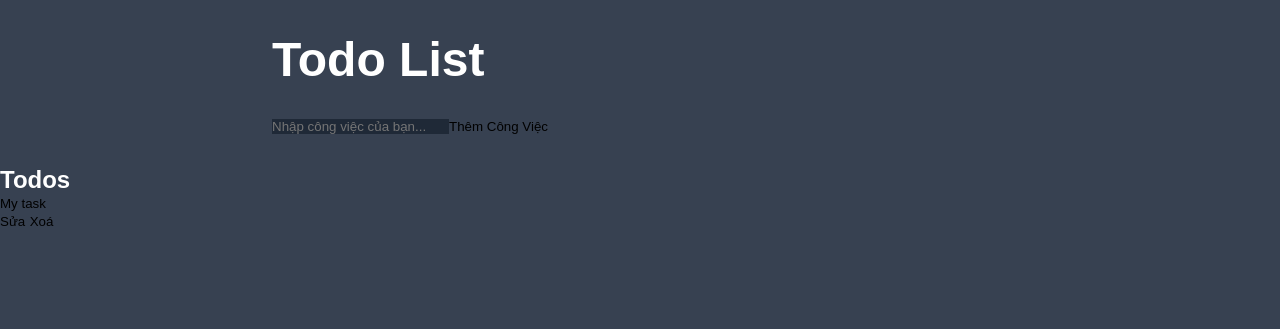
Repository: ntheanh/Todo-List
Page: index.html
These files come from the project's save history. The page is drawn as it stood at one moment and after the next save; the edit follows.
The browser window is 1280 px wide. The pictures show the whole page.
The style sheet was rebuilt from its Sass, Less or Tailwind sources for each picture, by a compiler version that may differ from the author's.

Above is the page before, as saved 2023-03-15 22:38:27.

After the next save:
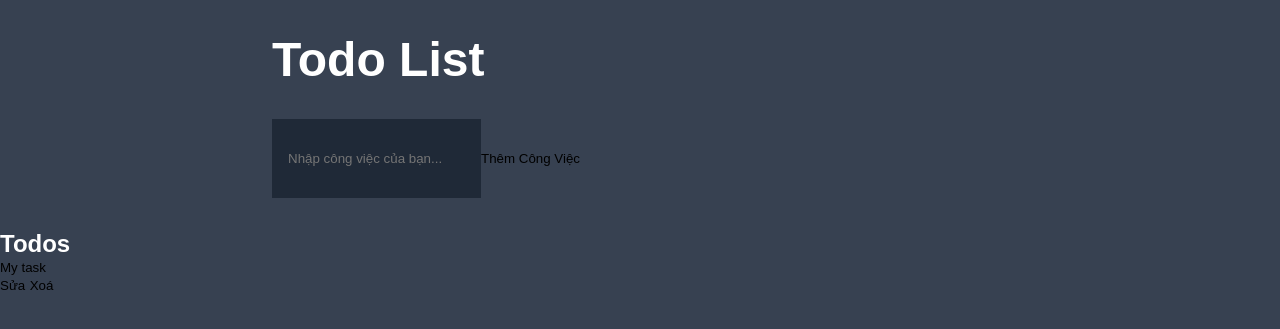
Saved 17 s later.
--- a/style.scss
+++ b/style.scss
@@ -48,4 +48,5 @@ button {
 
 #new-todo-input {
   background: var(--darker);
+  padding: 2rem 1rem;
 }
